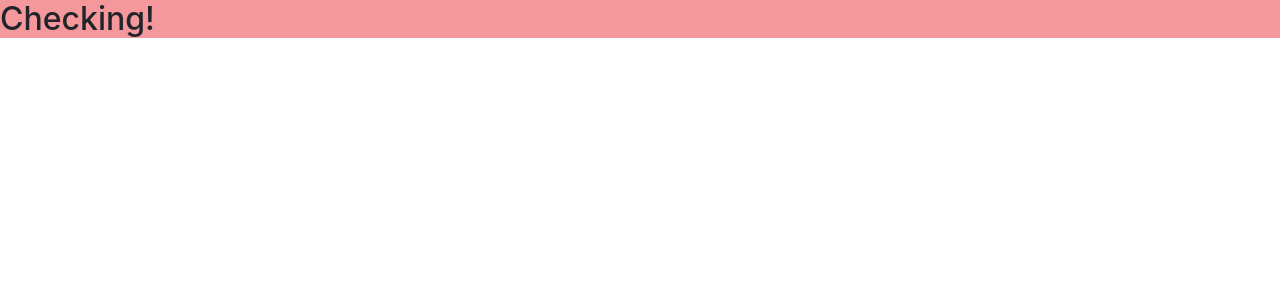
Repository: neerajchavan/E-Commerce-Project
Page: http://localhost/E-Commerce-Project/About.jsp
An editor plug-in stored every save of this project. The page is shown before and after the next save, followed by the edit.
The browser window is 1280 px wide. The pictures show the whole page.
Some web libraries are served in a nearby version. The page is served by Tomcat 9. Other server files are loaded and not shown.

Above is the page before, as saved 2020-10-07 15:38:04.

### E-Commerce-Project/WebContent/About.jsp
<%@ page language="java" contentType="text/html; charset=UTF-8"
    pageEncoding="UTF-8"%>
<!DOCTYPE html>
<html>
<head>
<meta charset="UTF-8">
<title>About us</title>
<%@include file="Components/Common_JS_CSS.jsp" %>
</head>
<body>
 <div class="custom-bg">
 <h2>Checking!</h2>
 </div>
</body>
</html>

### E-Commerce-Project/WebContent/Components/Common_JS_CSS.jsp
<!-- CSS -->
<link rel="stylesheet" href="https://maxcdn.bootstrapcdn.com/bootstrap/4.0.0/css/bootstrap.min.css" integrity="sha384-Gn5384xqQ1aoWXA+058RXPxPg6fy4IWvTNh0E263XmFcJlSAwiGgFAW/dAiS6JXm" crossorigin="anonymous">
<link rel="stylesheet" href="CSS/Style.css">

<!-- BOOTSTRAP -->
<script src="https://code.jquery.com/jquery-3.2.1.slim.min.js" integrity="sha384-KJ3o2DKtIkvYIK3UENzmM7KCkRr/rE9/Qpg6aAZGJwFDMVNA/GpGFF93hXpG5KkN" crossorigin="anonymous"></script>
<script src="https://cdnjs.cloudflare.com/ajax/libs/popper.js/1.12.9/umd/popper.min.js" integrity="sha384-ApNbgh9B+Y1QKtv3Rn7W3mgPxhU9K/ScQsAP7hUibX39j7fakFPskvXusvfa0b4Q" crossorigin="anonymous"></script>
<script src="https://maxcdn.bootstrapcdn.com/bootstrap/4.0.0/js/bootstrap.min.js" integrity="sha384-JZR6Spejh4U02d8jOt6vLEHfe/JQGiRRSQQxSfFWpi1MquVdAyjUar5+76PVCmYl" crossorigin="anonymous"></script>

<!-- JS -->
<script src="JS/Script.js"></script>

### E-Commerce-Project/WebContent/CSS/Style.css
.custom-bg{
	background:#F4989C;
}

### E-Commerce-Project/WebContent/JS/Script.js
alert('Loading JS!')

After the next save:
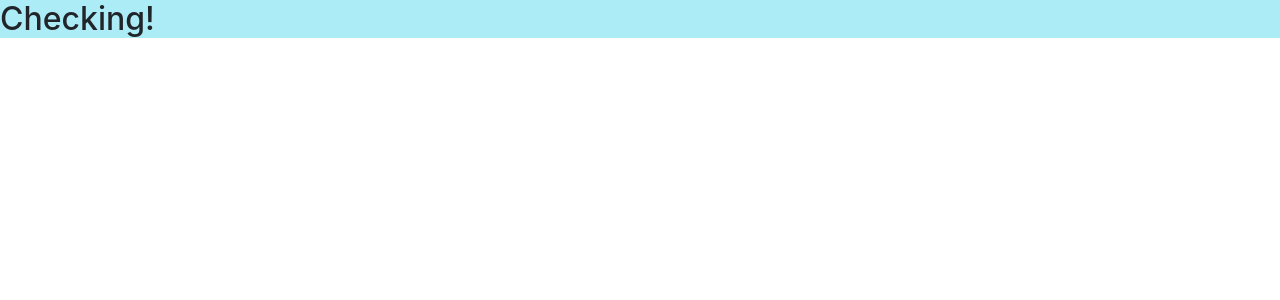
Saved 19 s later.
--- a/E-Commerce-Project/WebContent/CSS/Style.css
+++ b/E-Commerce-Project/WebContent/CSS/Style.css
@@ -1,3 +1,3 @@
 .custom-bg{
-	background:#F4989C;
+	background:#ACECF7;
 }
